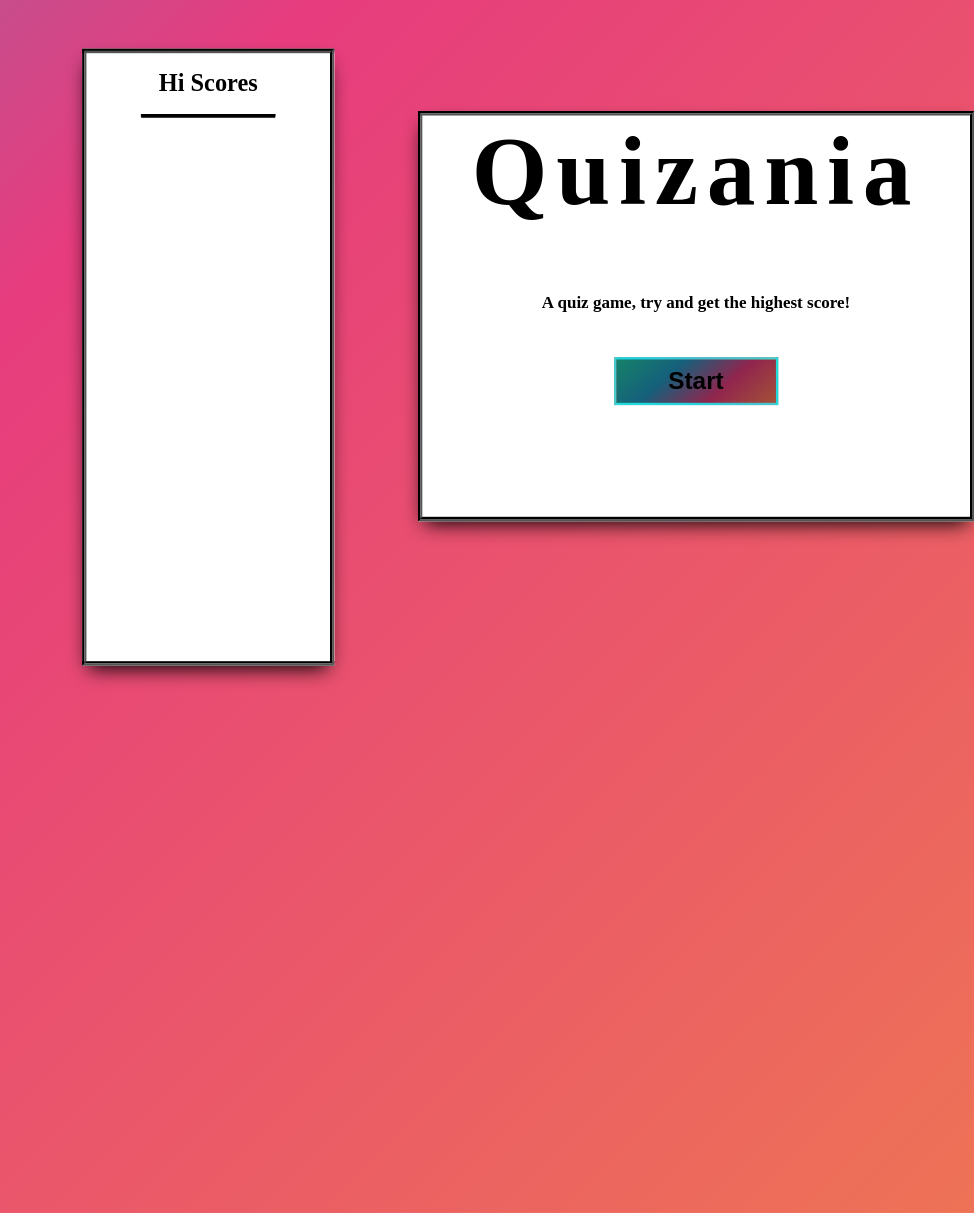
Repository: PatrickTheCodeGuy/QuizApp
Page: /newGame (app in quizapp/)
These files come from the project's save history. The page is drawn as it stood at one moment and after the next save; the edit follows.
The browser window is 1280 px wide. The page is 1282 px wide, so the pictures cover 1282 px, including what lies to the right of the window. The pictures show the whole page, at 76% of full size.
The pointer rests on the first visible `.button-start`.
The project was rebuilt for these pictures with package versions that can differ from the ones it lists, and the page was loaded fresh each time.

Above is the page before, as saved 2021-07-08 15:16:12.

### quizapp/src/index.css
body {
  margin: 0;
  font-family: -apple-system, BlinkMacSystemFont, 'Segoe UI', 'Roboto', 'Oxygen',
    'Ubuntu', 'Cantarell', 'Fira Sans', 'Droid Sans', 'Helvetica Neue',
    sans-serif;
  -webkit-font-smoothing: antialiased;
  -moz-osx-font-smoothing: grayscale;
  background: linear-gradient(-45deg, #ee7752, #e73c7e, #23a6d5, #23d5ab);
    background-size: 400% 400%;
    animation: gradient 15s ease infinite;
}

code {
  font-family: source-code-pro, Menlo, Monaco, Consolas, 'Courier New',
    monospace;
}
html, body, #app, #app>div {
  width: 100%;
  height:100%;
}

hr.rounded {
  border-top: 5px solid black;
    border-radius: 1px;
    width: 55%;
}

#root{
  display:flex;
}


@keyframes gradient {
    0% {
        background-position: 0% 50%;
    }
    50% {
        background-position: 100% 50%;
    }
    100% {
        background-position: 0% 50%;
    }
}

### quizapp/src/App.js
import logo from './logo.svg';
import './App.css';
import Leaderboard from './components/Leaderboard/Leaderboard';
import StartMenu from './components/StartMenu/StartMenu';


function App() {
  return (
    <div className="startMenu-container App">
          <div class="leaderboard-container">
            <Leaderboard/>
          </div>
          <div class="game-container">
            <StartMenu/>
          </div>
    </div>
  );
}

export default App;

### quizapp/src/App.css
.App {
  display:flex
}

.App-logo {
  height: 40vmin;
  pointer-events: none;
}

@media (prefers-reduced-motion: no-preference) {
  .App-logo {
    animation: App-logo-spin infinite 20s linear;
  }
}

.App-header {
  background-color: #282c34;
  min-height: 100vh;
  display: flex;
  flex-direction: column;
  align-items: center;
  justify-content: center;
  font-size: calc(10px + 2vmin);
  color: white;
}

.App-link {
  color: #61dafb;
}

@keyframes App-logo-spin {
  from {
    transform: rotate(0deg);
  }
  to {
    transform: rotate(360deg);
  }
}


.startMenu-container{
  display: flex;
  margin: 0 auto;
}

.leaderboard-container {
  width: 20em;
  border: 6px groove black;
  text-align: center;
  background-color: white;
  box-shadow: 0px 12px 25px -8px #000000;
  margin-top: 6%;
  height: 50em;
}

### quizapp/src/components/Leaderboard/Leaderboard.js
import React from 'react';
import './Leaderboard.css';

class Leaderboard extends React.Component {
    constructor(props){
        super(props)
        // TODO
        //state for people and scores here
    }

    render(){
        return (
            <div>
                <h1 class="hi-score-text"> Hi Scores</h1>
                <hr class="rounded"/>
            </div>
        )
    }
}

export default Leaderboard;

### quizapp/src/components/StartMenu/StartMenu.js
import React from 'react';
import './StartMenu.css';

class StartMenu extends React.Component {
    constructor(props){
        super(props);
        // TODO
        // determine if need logic here, may just need to be a functional component.
    }

    render(){
        return (
            <div class="menu-container">
                <h1 class="menu-text">Quizania</h1>
                <p class="regular-text">A quiz game, try and get the highest score!</p>
                <button class="button-start">Start</button>
            </div>
        )
    }
}

export default StartMenu;

### quizapp/src/components/Leaderboard/Leaderboard.css
.board-container{
    border: 6px groove black;
    text-align: center;
    background-color: white;
    box-shadow: 0px 12px 25px -8px #000000;
    width: 45em;
    height: 33em;
    margin: 20% 15%;
}

.hi-score-text {
    font-family: 'Pacifico', cursive !important;
}

### quizapp/src/components/StartMenu/StartMenu.css
.menu-text{
    font-family: 'Pacifico', cursive;
    font-size: 8em;
    letter-spacing: 0.09em;
    margin-top: 0%;
}

.regular-text{
    font-family:fantasy;
    font-weight:900;
    font-size: 1.4em;
}

.button-start{
    width: 30%;
    height: 12%;
    background: linear-gradient(-42deg, #ee7752, #e73c7e, #23a6d5, #23d5ab);
    background-size: 400% 400%;
    animation: gradient 13s ease infinite;
    margin-top: 5%;
    color: white;
    border: none;
    font-size: xx-large;
    font-weight: 600;
    transition: background-color 0.1s ease;
}

.button-start:hover{
    background: linear-gradient(-42deg, #a45137, #91254e, #15607b, #158268);
    color: black;
    border: 3px solid rgba(41, 251, 255, 0.743);
}

.button-start:active {
    box-shadow: 0 2px #666;
    border: 3px solid rgba(0, 0, 0, 0.564);
    background: white;
    width: 32%;
    color: rgb(43, 43, 43);
    transform: translateY(4px);
}

.menu-container{
    border: 6px groove black;
    text-align: center;
    background-color: white;
    box-shadow: 0px 12px 25px -8px #000000;
    width: 45em;
    height: 33em;
    margin: 20% 15%;
}

Loaded but not shown: quizapp/src/index.js (common file); quizapp/src/reportWebVitals.js (common file)

After the next save:
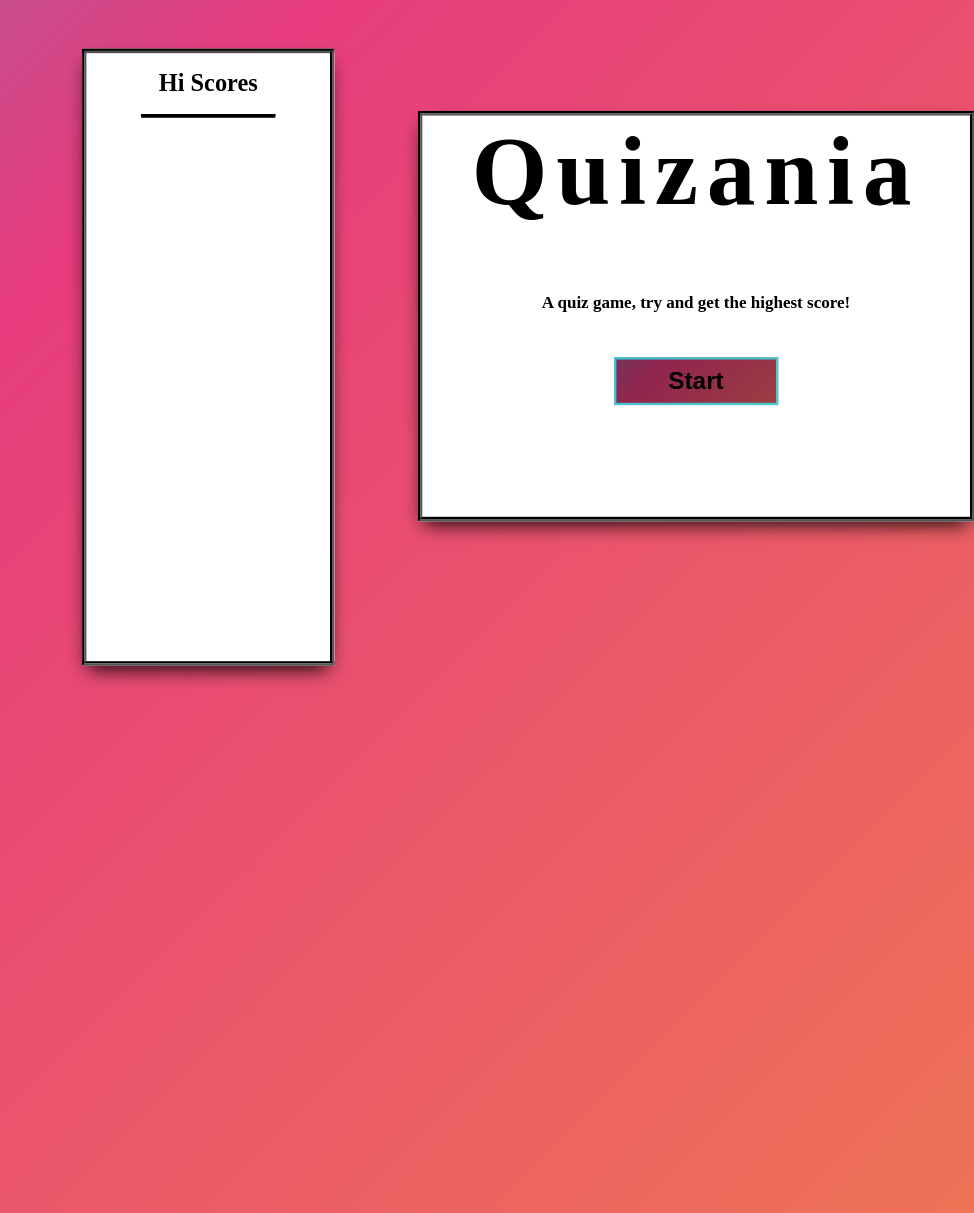
Saved 20 s later.
--- a/quizapp/src/components/StartMenu/StartMenu.css
+++ b/quizapp/src/components/StartMenu/StartMenu.css
@@ -27,6 +27,8 @@
 
 .button-start:hover{
     background: linear-gradient(-42deg, #a45137, #91254e, #15607b, #158268);
+    background-size: 400% 400%;
+    animation: gradient 13s ease infinite;
     color: black;
     border: 3px solid rgba(41, 251, 255, 0.743);
 }
